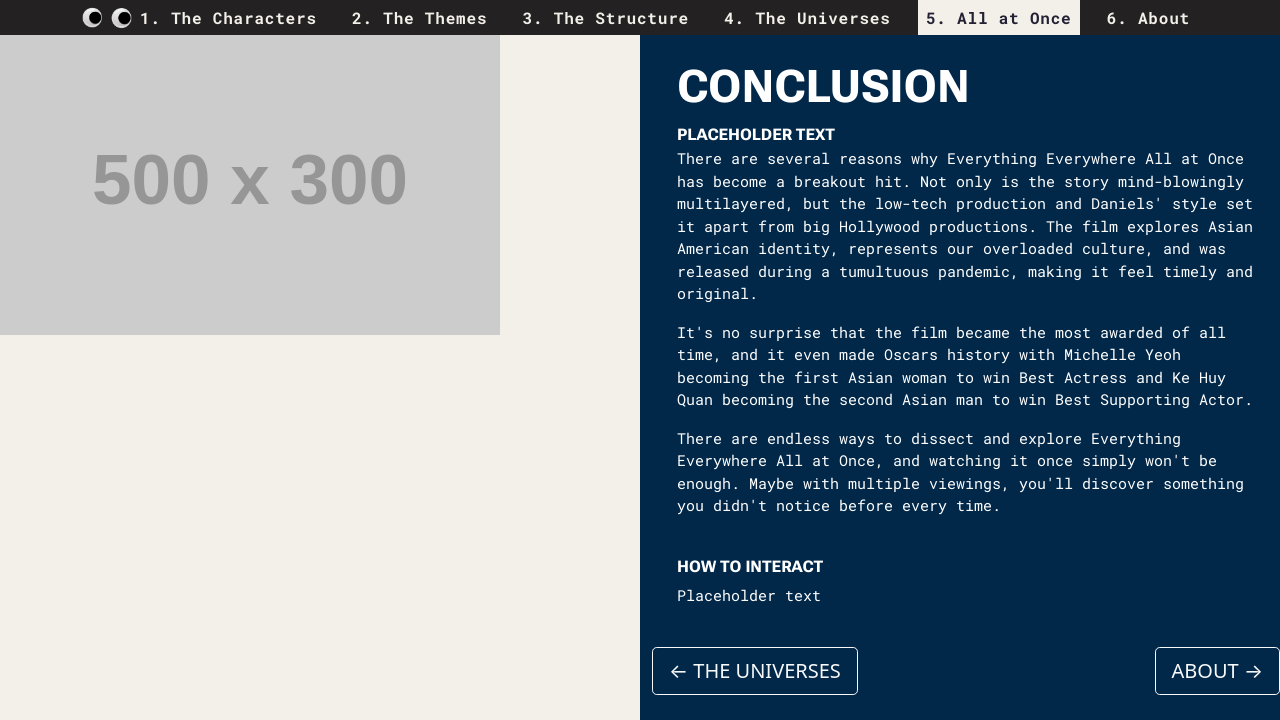
Repository: angelica-hom/msdv-thesis
Page: conclusion.html
The author's editor kept a record of every edit. The page is drawn from the files as they stood at one moment, then again after the next edit.
The browser window is 1280 px wide. The pictures show the whole page.

Above is the page before.

### conclusion.html
<!doctype html>
<html lang="en">
<head>
    <meta charset="utf-8">
    <meta name="viewport" content="width=device-width, initial-scale=1">
    <link href="https://cdn.jsdelivr.net/npm/bootstrap@5.1.3/dist/css/bootstrap.min.css" rel="stylesheet">
    <link href="once.css" rel="stylesheet">
    <title>Decoding Everything Everywhere All at Once</title>
</head>
<body>
    <nav class="navbar navbar-expand-lg navbar-custom">
        <div class="container">
            <a class="navbar-brand" href="index.html">
                <img src="images/Googly Eyes.png" alt="Decoding Everything Everywhere All at Once" height="50">
            </a>
            <div class="collapse navbar-collapse" id="navbarNav">
                <ul class="navbar-nav mx-auto">
                    <li class="nav-item">
                        <a class="nav-link" href="characters.html">1. The Characters</a>
                    </li>
                    <li class="nav-item">
                        <a class="nav-link" href="themes.html">2. The Themes</a>
                    </li>
                    <li class="nav-item">
                        <a class="nav-link" href="structure.html">3. The Structure</a>
                    </li>
                    <li class="nav-item">
                        <a class="nav-link" href="universes.html">4. The Universes</a>
                    </li>
                    <li class="nav-item">
                        <a class="nav-link btn-selected" href="once.html">5. All at Once</a>
                    </li>
                    <li class="nav-item">
                        <a class="nav-link" href="about.html">6. About</a>
                    </li>
                </ul>
            </div>
        </div>
    </nav>

    <div class="container-fluid">
        <div class="row">
            <div class="col-md-6 left-section">
                <img src="https://via.placeholder.com/500x300" alt="Static image" class="img-fluid">
            </div>
            <div class="col-md-6 d-flex flex-column justify-content-center right-section">
                <div id="content">
                    <h2><span class="bold">CONCLUSION</span></h2>
                    <span class="subheading">PLACEHOLDER TEXT</span>
                    <br<br><p>There are several reasons why Everything Everywhere
                    All at Once has become a breakout hit. Not only is the story
                    mind-blowingly multilayered, but the low-tech production and
                    Daniels' style set it apart from big Hollywood productions.
                    The film explores Asian American identity, represents our
                    overloaded culture, and was released during a tumultuous
                    pandemic, making it feel timely and original.</p>
                    <p>It's no surprise that the film became the most awarded of
                    all time, and it even made Oscars history with Michelle Yeoh
                    becoming the first Asian woman to win Best Actress and Ke
                    Huy Quan becoming the second Asian man to win Best Supporting
                    Actor.</p>
                    <p>There are endless ways to dissect and explore Everything
                    Everywhere All at Once, and watching it once simply won't be
                    enough. Maybe with multiple viewings, you'll discover something
                    you didn't notice before every time.
</p>
                    <br><h3>HOW TO INTERACT</h3>
                    <p>Placeholder text</p>
                </div>
                <div class="nav-sticky-bottom">
                    <div class="d-flex justify-content-between">
                        <a href="universes.html" class="btn btn-outline-light btn-lg">← THE <span class="button-bold">UNIVERSES</span></a>
                        <a href="about.html" class="btn btn-outline-light btn-lg"><span class="button-bold">ABOUT →</span></a>
                    </div>
                </div>
            </div>
        </div>
    </div>

    <script src="once.js"></script>
    <script src="https://cdn.jsdelivr.net/npm/@popperjs/core@2.11.6/dist/umd/popper.min.js"></script>
    <script src="https://cdn.jsdelivr.net/npm/bootstrap@5.1.3/dist/js/bootstrap.min.js"></script>
</body>
</html>

### once.css
@import url('https://fonts.googleapis.com/css2?family=Roboto+Flex:wght@100;200;300;400;500;600;700;800;900;1000&display=swap');
@import url('https://fonts.googleapis.com/css2?family=Roboto+Mono:ital,wght@0,100;0,200;0,300;0,400;0,500;0,600;0,700;1,100;1,200;1,300;1,400;1,500;1,600;1,700&display=swap');

body, html {
    margin: 0;
    height: 100%;
    overflow-x: hidden;
}

.container-fluid {
    height: calc(100% - 35px); /* Subtract navbar height */
    padding: 0;
}

.row {
    height: 100%;
}

/* NAVBAR */
.navbar-custom {
    margin-bottom: 0;
    height: 35px;
    align-items: center; /* Center the navbar content vertically */
    background-color: #232122; /* New navbar background color */
    width: 100%; /* Make the navbar container wider */
    font-family: 'Roboto Mono', monospace; /* Specify the font family */
    font-weight: 700;
}

.navbar-custom .navbar-brand,
.navbar-custom .nav-link {
    color: #F3EFE9;
    padding: 0;
    line-height: 35px;
    font-size: 16px;
    letter-spacing: 0.05em;
    font-family: 'Roboto Mono', monospace;
    margin: 0; /* Add a margin to create more space between nav items */
}

.navbar-custom .navbar-nav {
    flex-grow: 1;
    display: flex;
    justify-content: space-between; /* Spread out the nav items */
}

.navbar-custom .nav-link:hover {
    color: #232122;
    background-color: #F3EFE9; /* New background color on hover */
}

/* Change the background-color and color for the "Characters" button */
.btn-selected {
    background-color: #F3EFE9 !important;
    color: #232133 !important;
}

/*a:focus, a:active, a:hover {*/
/*  outline: none;*/
/*  text-decoration: none;*/
  /*color: #F3EFE9; /* Set the desired color for the links */
/*}*/

/* Change the color of an inactive (unvisited) hyperlink */
a {
    color: #08BDBD; /* Replace with your desired color */
}

/* Change the color of a hyperlink when hovered over */
a:hover {
    color: #5A9; /* Replace with your desired color */
}

/* LEFT SECTION STYLE */
.left-section {
    background-color: #F3EFE9;
}

/* RIGHT SECTION STYLE */
.right-section {
    background-color: #012749;
    color: #FFF; /* Set text color to white for better contrast */
    justify-content: flex-start!important;
}

.right-section #content {
    padding: 25px;
}

.right-section #content h2 {
    font-family: 'Roboto Flex', sans-serif;
    font-style: normal;
    font-weight: 200;
    font-size: 45px;
}

.right-section #content .subheading {
    font-family: 'Roboto Flex', sans-serif;
    font-style: normal;
    font-weight: 800;
    font-size: 16px;
}

.right-section #content h3 {
    font-family: 'Roboto Flex', sans-serif;
    font-style: normal;
    font-weight: 800;
    font-size: 16px;
}

@media (max-width: 768px) {
  h2 {
    font-size: 28px;
  }
}

.right-section #content .bold {
    font-weight: 800;
}

.right-section #content p {
    font-family: 'Roboto Mono', monospace;
    font-style: normal;
    font-weight: 400;
    font-size: 15px;
}

/* VISUALIZATION */
.vertical-center {
  margin: 0;
  position: relative;
  top: 50%;
  -ms-transform: translateY(-50%);
  transform: translateY(-50%);
}

Loaded but not shown: once.js (no copy from this time; the picture is the same without it)

After the next edit:
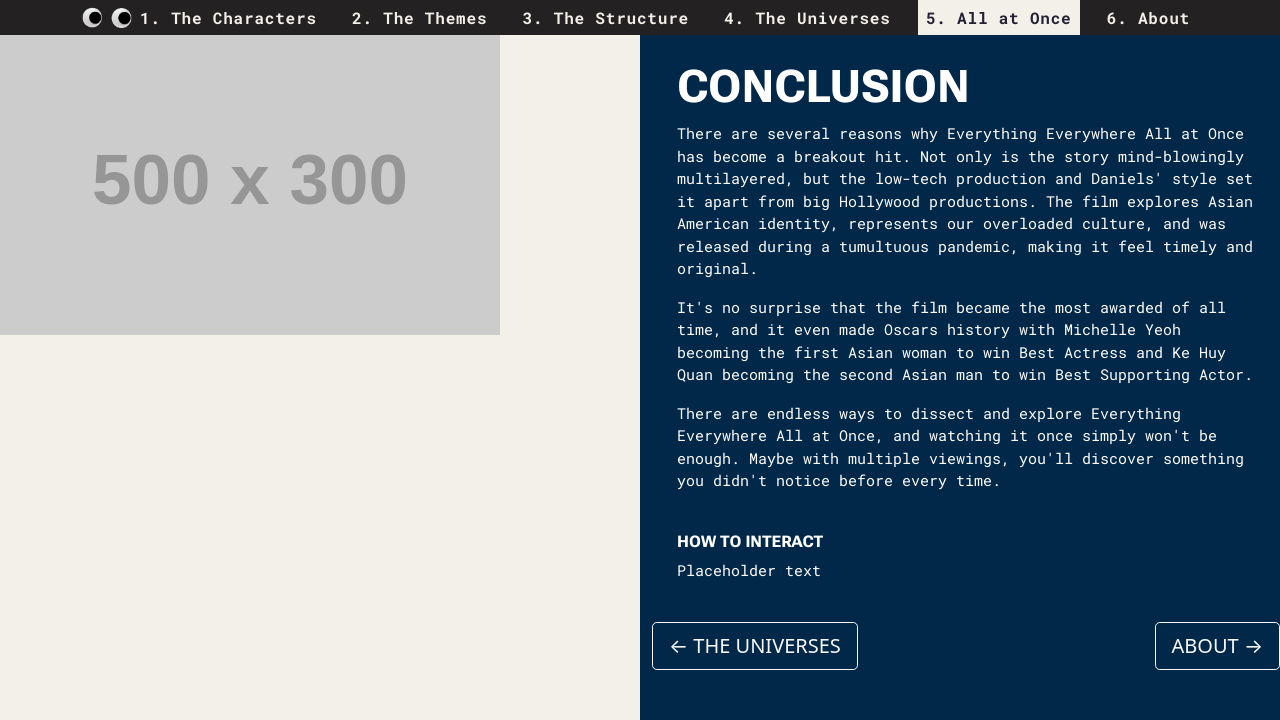
The edit:
--- a/conclusion.html
+++ b/conclusion.html
@@ -46,7 +46,7 @@
             <div class="col-md-6 d-flex flex-column justify-content-center right-section">
                 <div id="content">
                     <h2><span class="bold">CONCLUSION</span></h2>
-                    <span class="subheading">PLACEHOLDER TEXT</span>
+                    <!--<span class="subheading">PLACEHOLDER TEXT</span>-->
                     <br<br><p>There are several reasons why Everything Everywhere
                     All at Once has become a breakout hit. Not only is the story
                     mind-blowingly multilayered, but the low-tech production and
